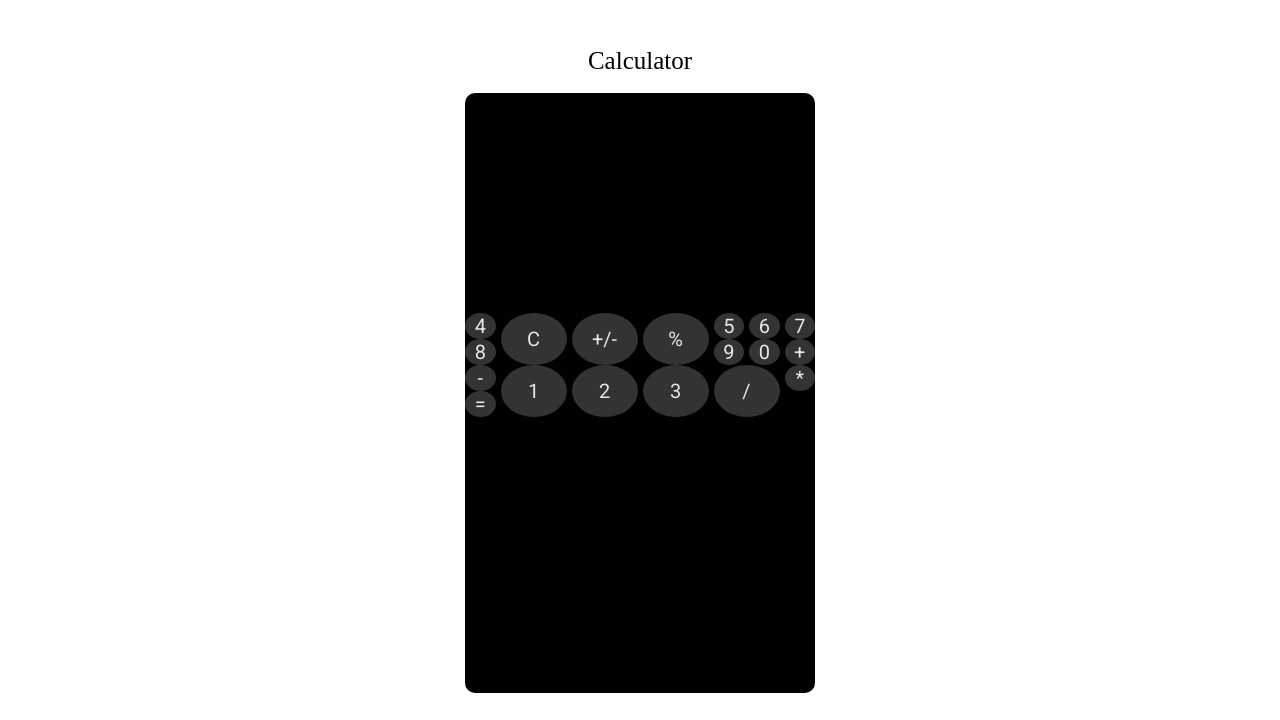
Repository: Gibon9/SimpleCalc
Page: index.html
The author's editor kept a copy of each file at every save. The page is drawn from the files as they stood at one save, then again after the next save.
The browser window is 1280 px wide. The pictures show the whole page.
Some web fonts or font styles are not loaded; a fallback is used.

Above is the page before, as saved 2020-11-27 19:17:10.

After the next save:
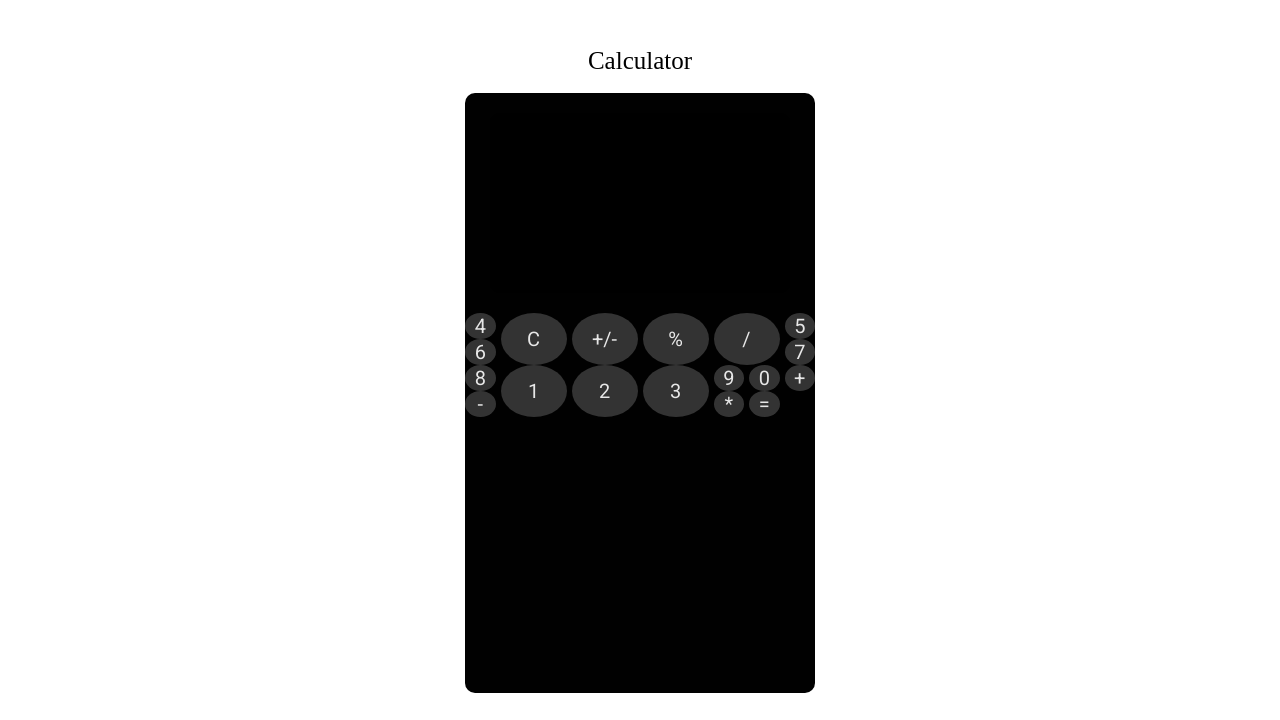
Saved 37 s later.
--- a/style/style.css
+++ b/style/style.css
@@ -99,7 +99,7 @@
   grid-row: 3/5;
 }
 
-.divide-btn {
+.multiply-btn {
   grid-column: 8/10;
   grid-row: 3/5;
 }
